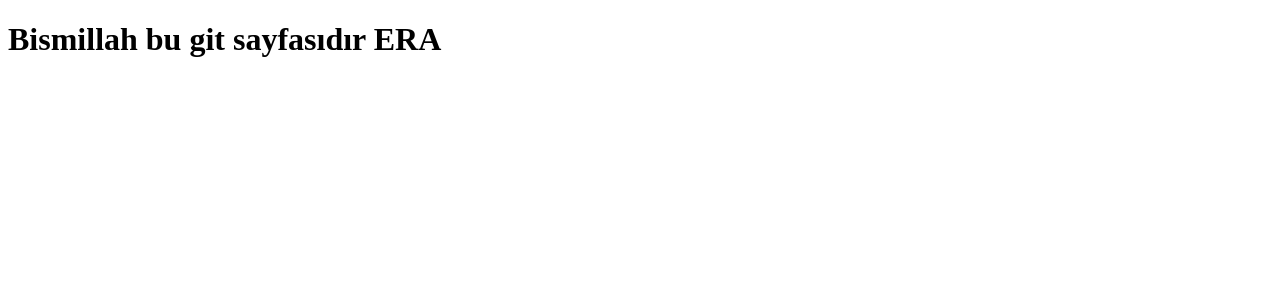
Repository: mehmetalicirit01/mehmetalicirit.github.io
Page: index.html
These files come from the project's save history. The page is drawn as it stood at one moment and after the next save; the edit follows.
The browser window is 1280 px wide. The pictures show the whole page.

Above is the page before, as saved 2019-10-21 22:30:07.

### index.html
<!DOCTYPE html>
<html lang="en">
<head>
    <meta charset="UTF-8">
    <meta name="viewport" content="width=device-width, initial-scale=1.0">
    <meta http-equiv="X-UA-Compatible" content="ie=edge">
    <title>Bismillah</title>
</head>
<body>
    <h1>Bismillah bu git sayfasıdır ERA</h1>
</body>
</html>

After the next save:
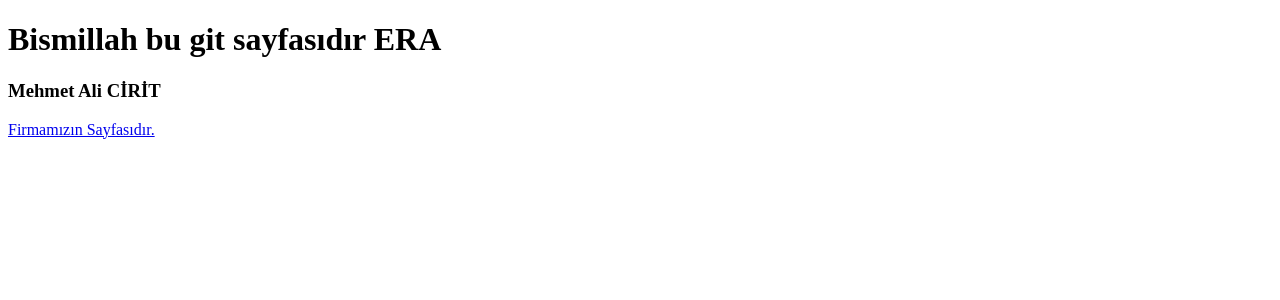
Saved 52 min 50 s later.
--- a/index.html
+++ b/index.html
@@ -8,5 +8,7 @@
 </head>
 <body>
     <h1>Bismillah bu git sayfasıdır ERA</h1>
+    <h3>Mehmet Ali CİRİT</h3>
+    <a href="http://stratejikyonetim.org">Firmamızın Sayfasıdır.</a>
 </body>
 </html>
